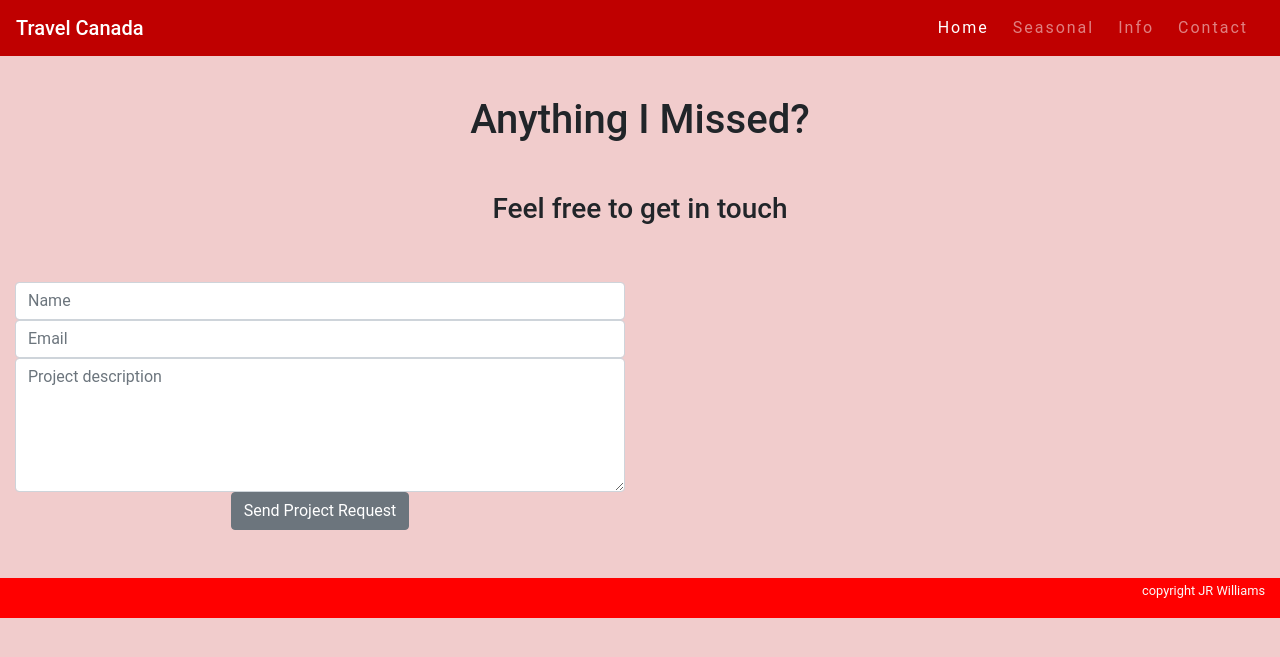
Repository: JonWil91/Travel-Canada
Page: contact.html
The author's editor kept a record of every edit. The page is drawn from the files as they stood at one moment, then again after the next edit.
The browser window is 1280 px wide. The pictures show the whole page.
Some web libraries are served in a nearby version.

Above is the page before.

After the next edit:
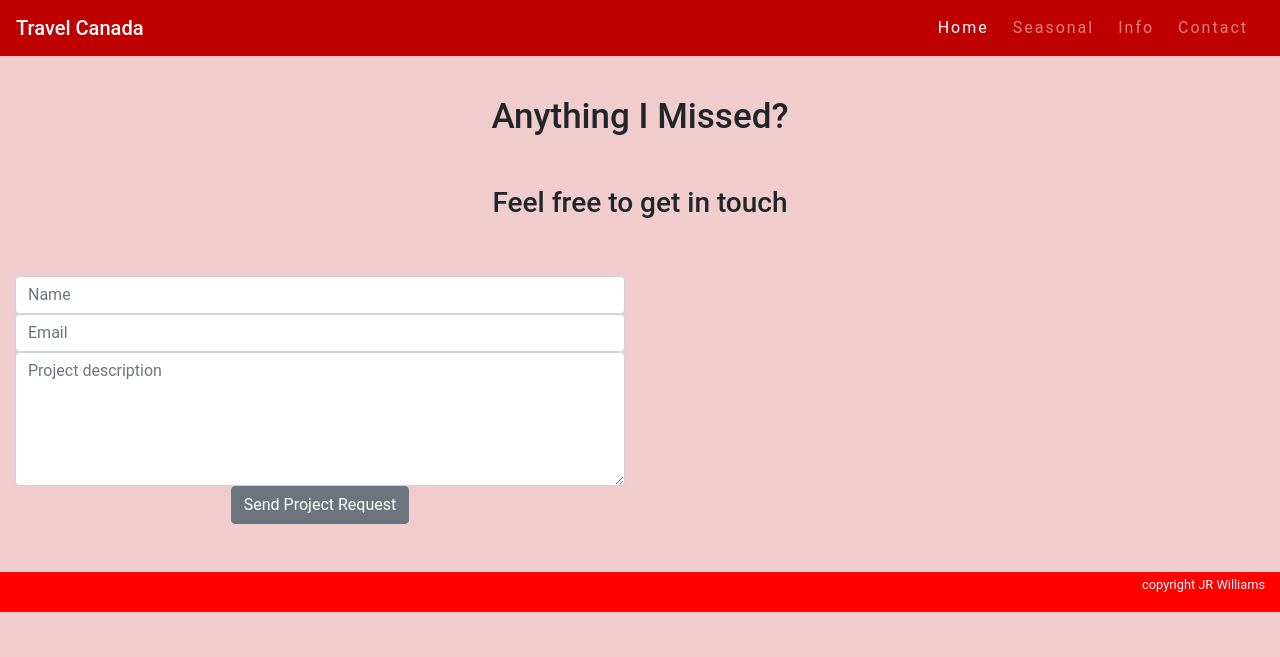
The edit:
--- a/contact.html
+++ b/contact.html
@@ -42,7 +42,7 @@
         <div class="container title-container my-5 text-center">
             <div class="row">
                 <div class="col-12">
-                    <h1 class="my-5">Anything I Missed?</h1>
+                    <h1 class="my-5 jumbotron-header">Anything I Missed?</h1>
                     <h3>Feel free to get in touch</h3>
                 </div>
             </div>
